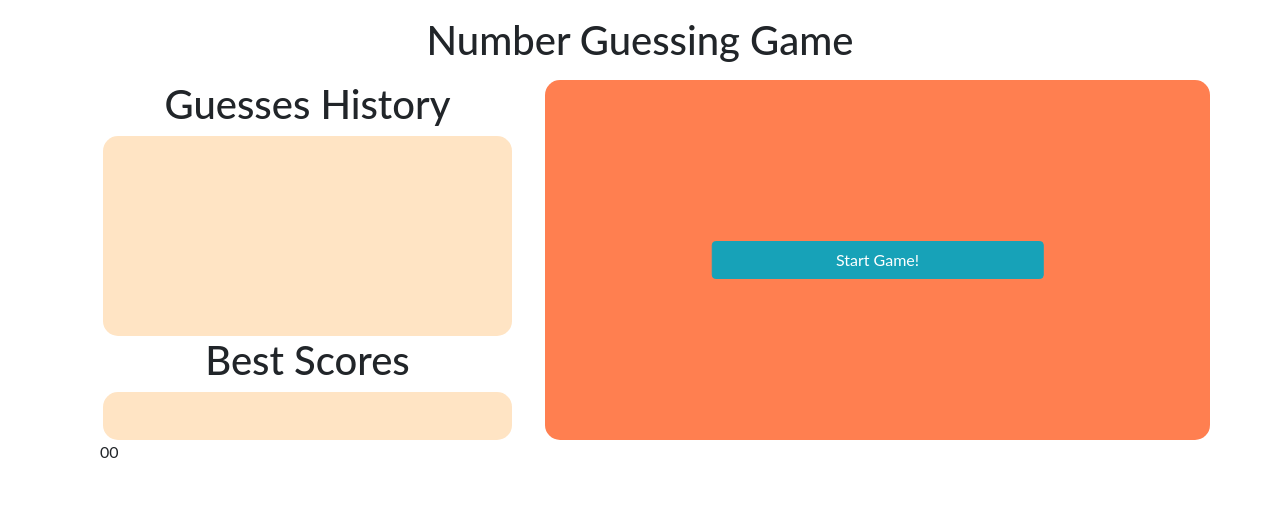
Repository: tts2610/NumberGuessingGame
Page: index.html
An editor plug-in stored every save of this project. The page is shown before and after the next save, followed by the edit.
The browser window is 1280 px wide. The pictures show the whole page.

Above is the page before, as saved 2020-05-13 19:27:42.

After the next save:
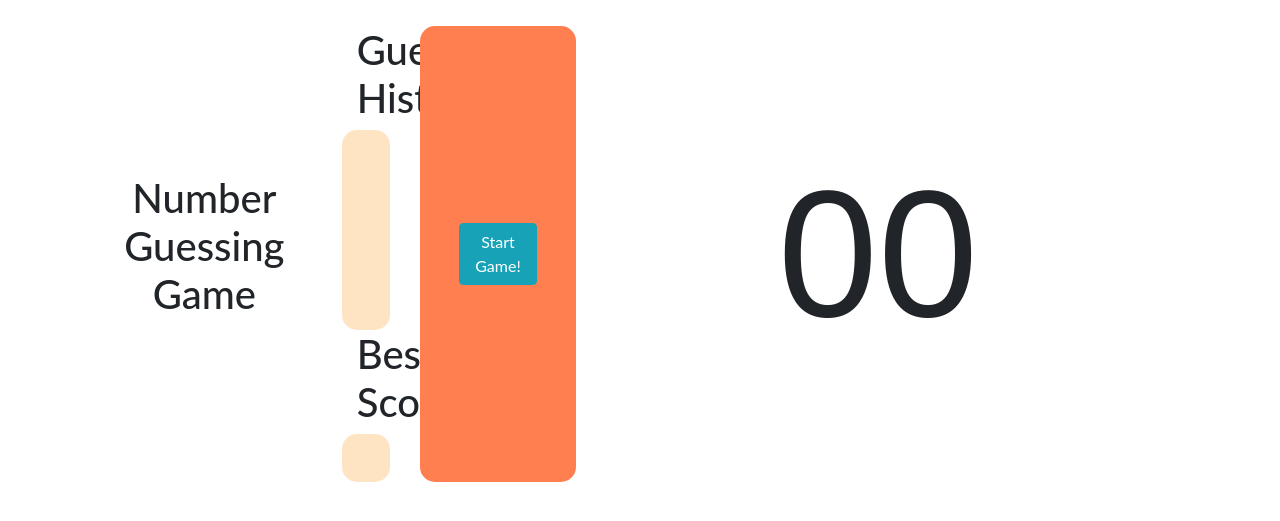
Saved 15 s later.
--- a/css/style.css
+++ b/css/style.css
@@ -63,3 +63,103 @@ body {
     display: flex;
     flex-direction: inherit;
 }
+
+.container {
+    height: 100%;
+    display: flex;
+    justify-content: center;
+    align-items: center;
+    overflow: hidden;
+}
+
+.countdown {
+    display: block;
+    width: 66vmin;
+    height: 66vmin;
+    position: relative;
+    display: flex;
+    justify-content: center;
+    align-items: center;
+    font-family: 'Oswald', sans-serif;
+    font-weight: 400;
+    font-size: 25vmin;
+    border-radius: 50%;
+    overflow: hidden;
+    cursor: pointer;
+    transition: width, height, border-radius, font-size;
+    transition-duration: 0.2s;
+    &--ended {
+        animation: buzz 0.5s;
+    }
+    &:active {
+        transform: scale(1.02);
+    }
+    @keyframes buzz {
+        0% {
+            transform: rotate(0);
+        }
+        10%,
+        30%,
+        50%,
+        70%,
+        90% {
+            transform: rotate(6deg);
+        }
+        20%,
+        40%,
+        60%,
+        80% {
+            transform: rotate(-6deg);
+        }
+        100% {
+            transform: rotate(0);
+        }
+    }
+    &--wide {
+        width: 100%;
+        height: 100%;
+        font-size: 50vmin;
+        border-radius: 0;
+    }
+    &__fill {
+        display: block;
+        width: 100%;
+        height: 100%;
+        position: absolute;
+        left: 0;
+        bottom: 0;
+        background: $col-sun;
+        opacity: 1;
+    }
+    &__digit {
+        width: 100%;
+        color: $col-sun;
+        text-align: center;
+        mix-blend-mode: difference;
+        pointer-events: none;
+        user-select: none;
+    }
+    &__buttons {
+        position: absolute;
+        right: 50px;
+        top: 50%;
+        height: 200px;
+        margin-top: -100px;
+        color: white;
+        z-index: 1;
+    }
+    &__button {
+        height: 50%;
+    }
+}
+
+.full-button {
+    position: absolute;
+    right: 10px;
+    bottom: 10px;
+    padding: 1em 0.5em 0.5em 2em;
+    font-family: 'Oswald', sans-serif;
+    text-transform: uppercase;
+    color: white;
+    cursor: pointer;
+}
